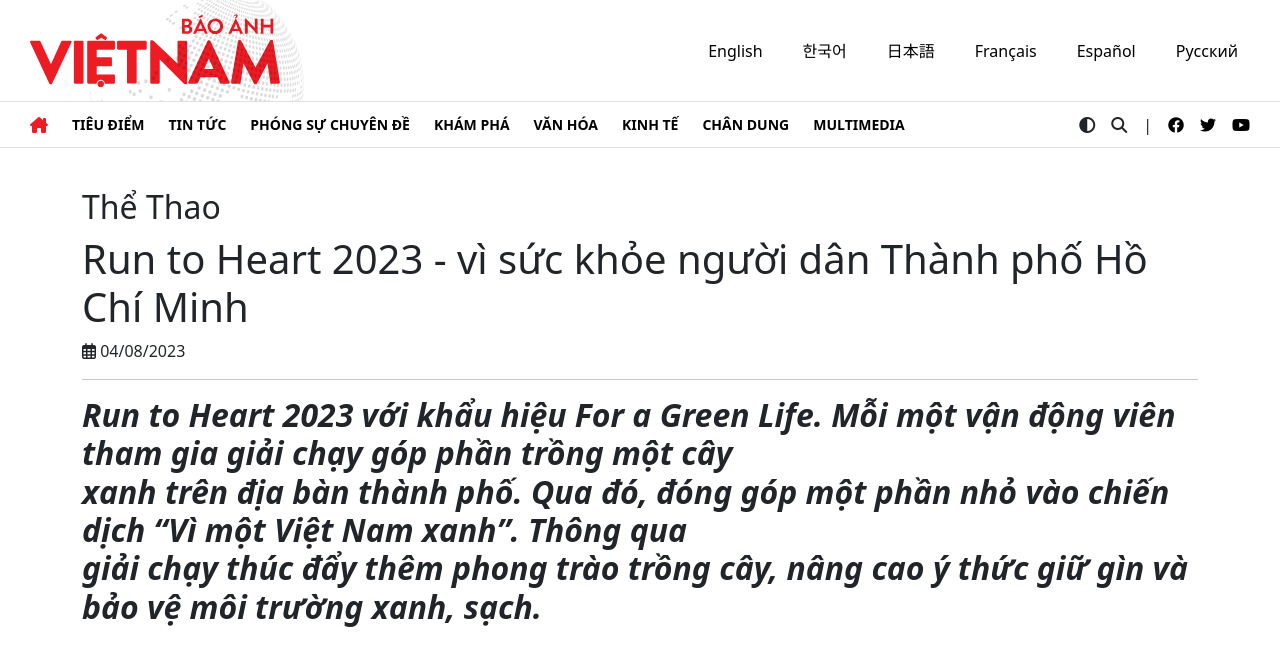
Repository: kietdotshp/webtintuc
Page: Detail.html
These files come from the project's save history. The page is drawn as it stood at one moment and after the next save; the edit follows.
The browser window is 1280 px wide. The pictures show the whole page.
Some web libraries are served in a nearby version.

Above is the page before, as saved 2023-08-10 16:12:28.

After the next save:
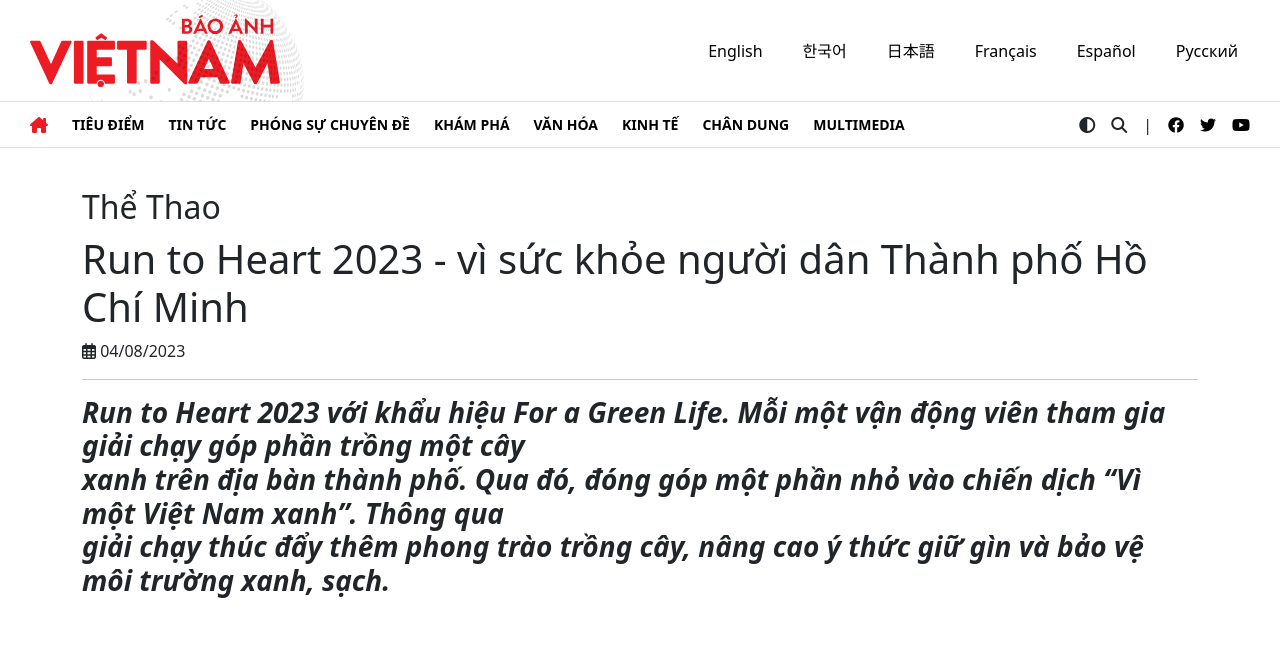
Saved 14 s later.
--- a/Detail.html
+++ b/Detail.html
@@ -106,7 +106,7 @@
             <hr />
         </div>
         <div>
-            <h2><div class="title">Run to Heart 2023 với khẩu hiệu For a Green Life.
+            <h3><div class="title">Run to Heart 2023 với khẩu hiệu For a Green Life.
                 Mỗi một vận động viên tham gia giải chạy góp phần trồng một cây<br> xanh trên địa bàn thành phố.
                  Qua đó, đóng góp một phần nhỏ vào chiến dịch  “Vì một Việt Nam xanh”. Thông qua <br>giải chạy thúc đẩy thêm phong trào trồng cây, nâng cao ý thức giữ gìn và bảo vệ môi trường xanh, sạch.
                 </div></h2>
